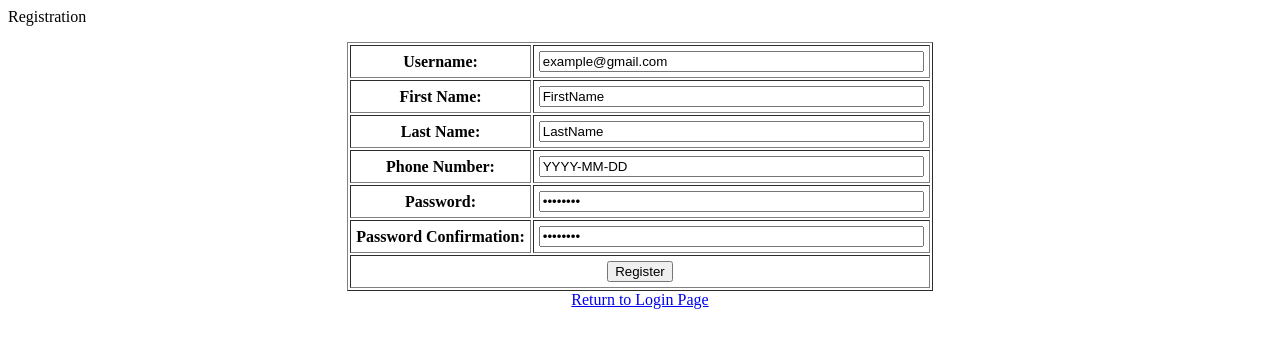
Repository: jrule5960/Tree-Cutting-Database
Page: http://localhost/database/register.jsp
These files come from the project's save history. The page is drawn as it stood at one moment and after the next save; the edit follows.
The browser window is 1280 px wide. The pictures show the whole page.
The page is served by Tomcat 9.

Above is the page before, as saved 2023-10-12 21:34:26.

After the next save:
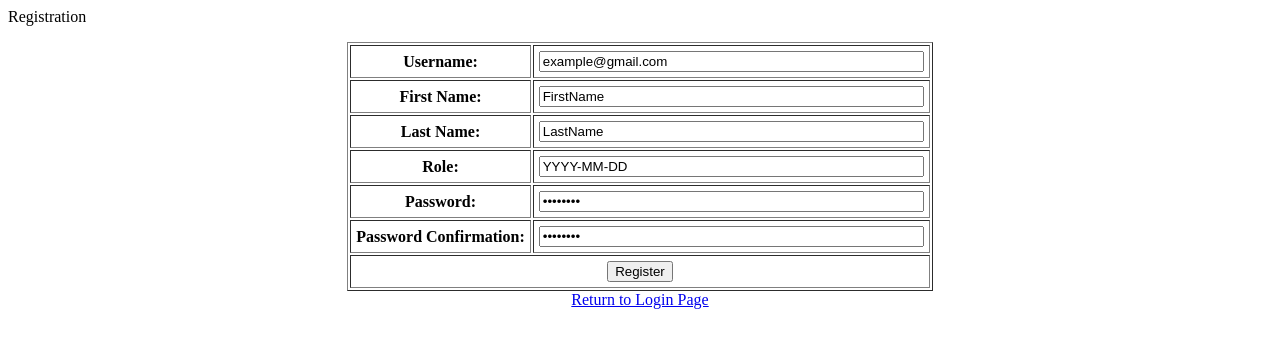
Saved 2 min 7 s later.
--- a/database/WebContent/register.jsp
+++ b/database/WebContent/register.jsp
@@ -30,7 +30,7 @@
 					</td>
 				</tr>
 				<tr>
-					<th>Phone Number: </th>
+					<th>Role: </th>
 					<td align="center" colspan="3">
 						<input type="text" name="birthday" size="45" value="YYYY-MM-DD" onfocus="this.value=''">
 					</td>
